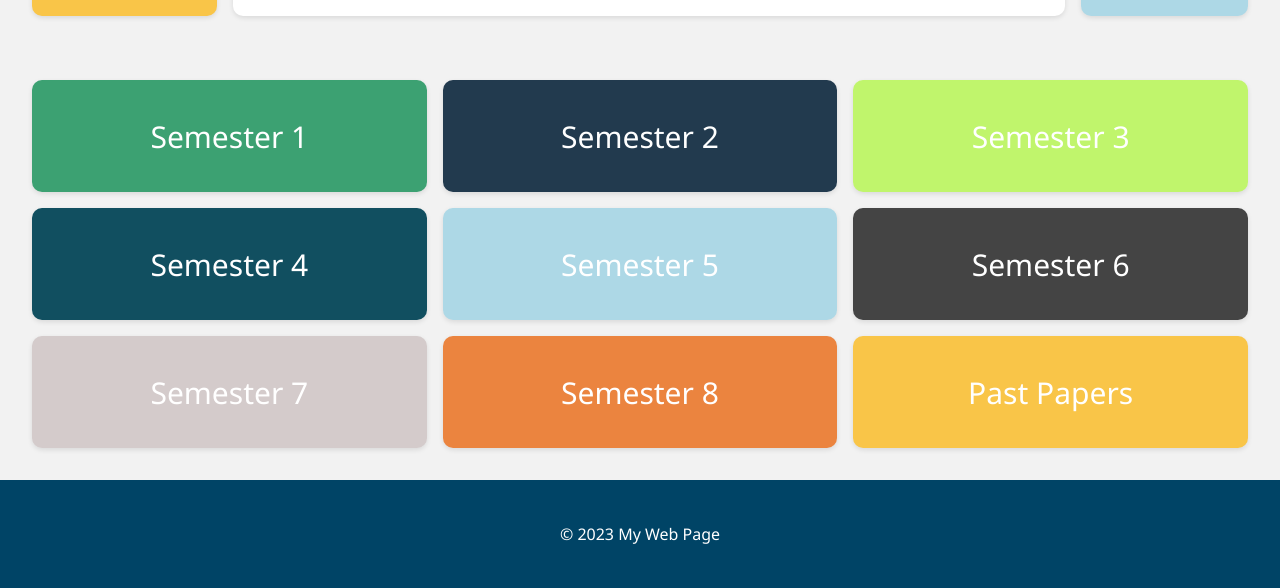
Repository: MariamSawera/eduNova
Page: index.html
An editor plug-in stored every save of this project. The page is shown before and after the next save, followed by the edit.
The browser window is 1280 px wide. The pictures show the part of the page from y = 1042 to 1630 px (the page is 1630 px tall).

Above is the page before, as saved 2025-07-21 21:24:08.

After the next save:
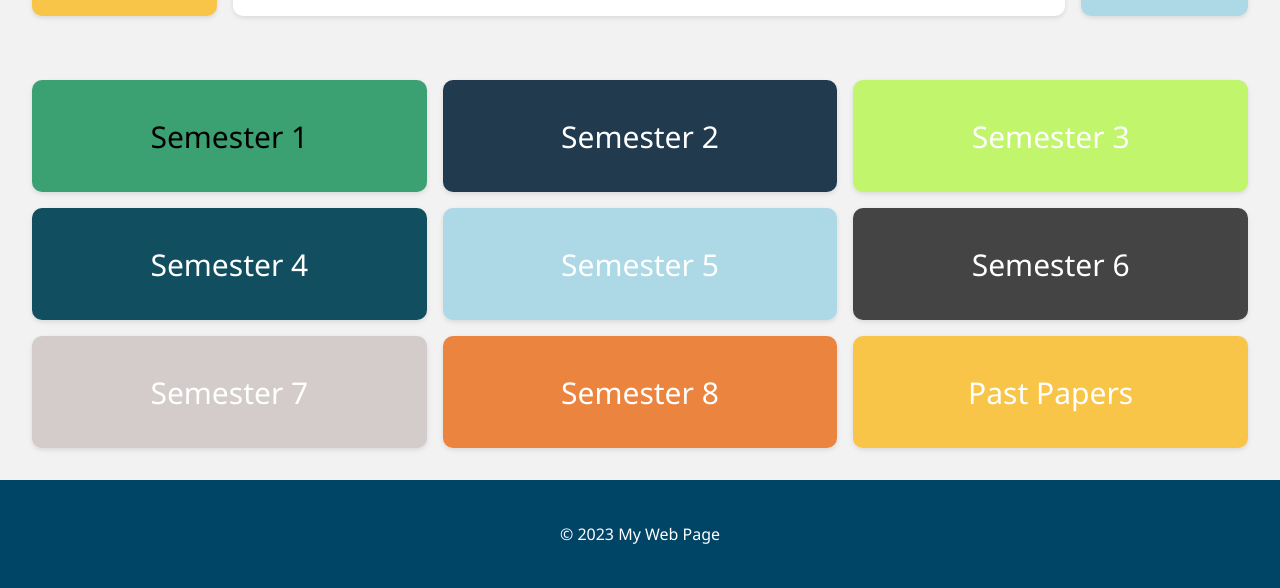
Saved 53 s later.
--- a/index.html
+++ b/index.html
@@ -61,7 +61,7 @@
 
   <!-- Quick Material Access -->
   <div class="quick-links" style="color: black;" >
-    <div class="link-card"  style="background-color: #3CA172;"><a href="semester1.html">Semester 1</a></div>
+    <div class="link-card"  style=" background-color: #3CA172; color: black;"><a href="semester1.html">Semester 1</a></div>
     <div class="link-card" style="background-color: #223A4E;"><a href=""> Semester 2</a></div>
     <div class="link-card" style="background-color:  rgb(192, 245, 108);"><a href="">Semester 3</a></div>
     <div class="link-card" style="background-color: #114F60;"><a href=""> Semester 4</a></div>

After the save that followed:
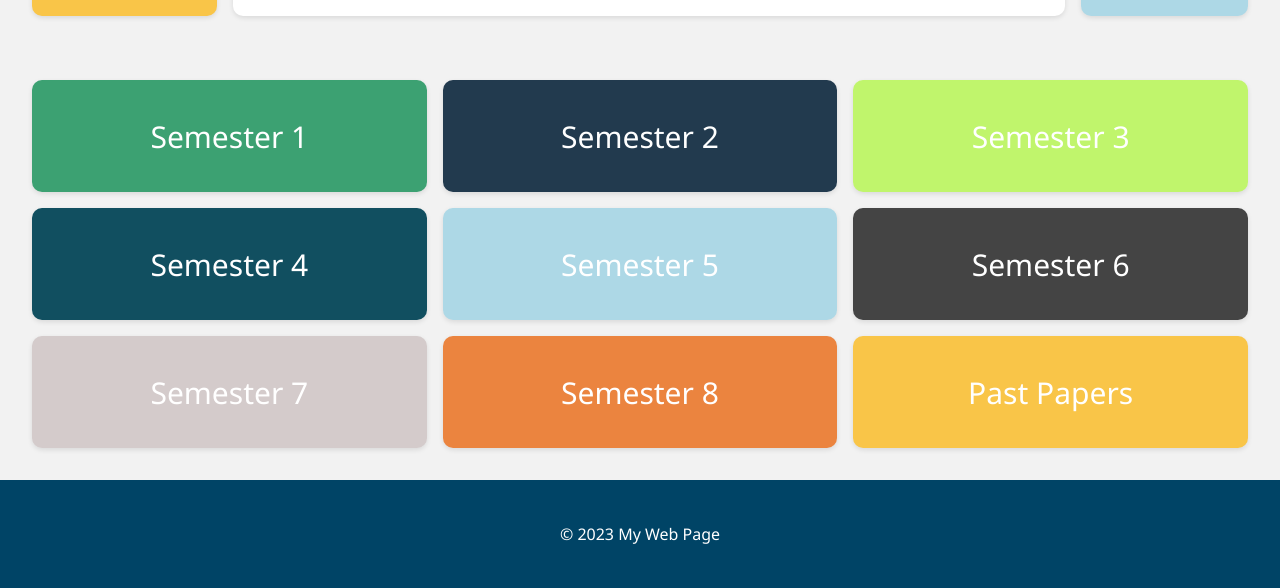
Saved 26 s later.
--- a/index.html
+++ b/index.html
@@ -60,8 +60,8 @@
   </div>
 
   <!-- Quick Material Access -->
-  <div class="quick-links" style="color: black;" >
-    <div class="link-card"  style=" background-color: #3CA172; color: black;"><a href="semester1.html">Semester 1</a></div>
+  <div class="quick-links">
+    <div class="link-card"  style="background-color: #3CA172;"><a href="semester1.html">Semester 1</a></div>
     <div class="link-card" style="background-color: #223A4E;"><a href=""> Semester 2</a></div>
     <div class="link-card" style="background-color:  rgb(192, 245, 108);"><a href="">Semester 3</a></div>
     <div class="link-card" style="background-color: #114F60;"><a href=""> Semester 4</a></div>
